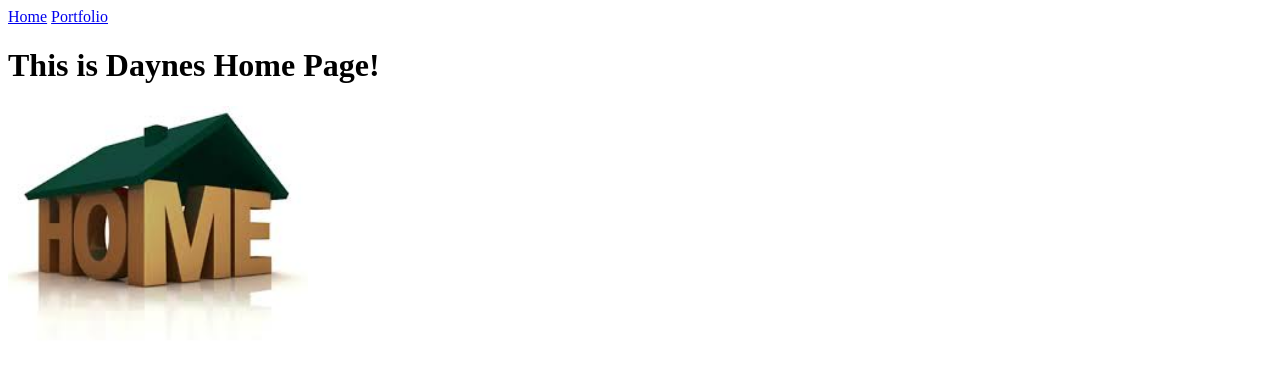
Repository: djensen2080/djensen2080.github.io
Page: my_website/index.html
The author's editor kept a record of every edit. The page is drawn from the files as they stood at one moment, then again after the next edit.
The browser window is 1280 px wide. The pictures show the whole page.

Above is the page before.

After the next edit:
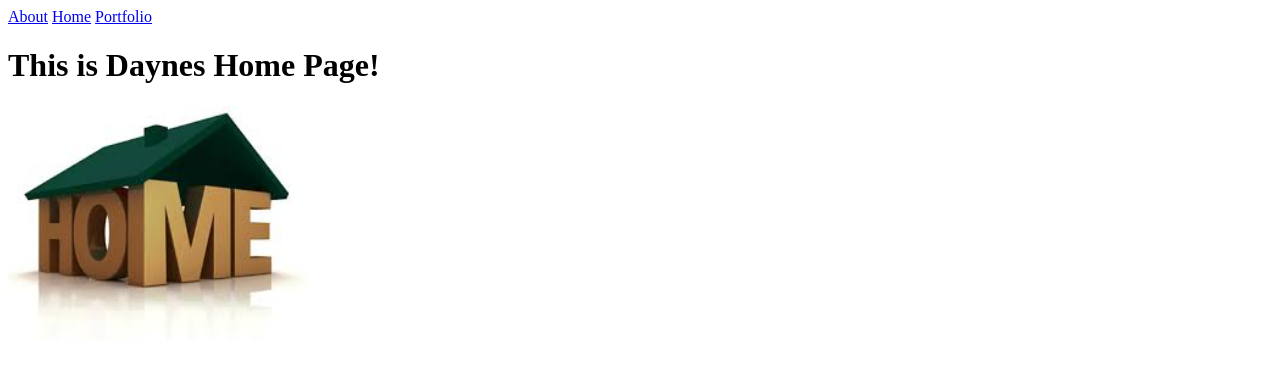
The edit:
--- a/my_website/index.html
+++ b/my_website/index.html
@@ -7,6 +7,7 @@
     <title>Home</title>
   </head>
   <body>
+    <a href="About.html">About</a>
     <a href="index.html">Home</a>
     <a href="portfolio.html">Portfolio</a>
     <h1>This is Daynes Home Page!</h1>
